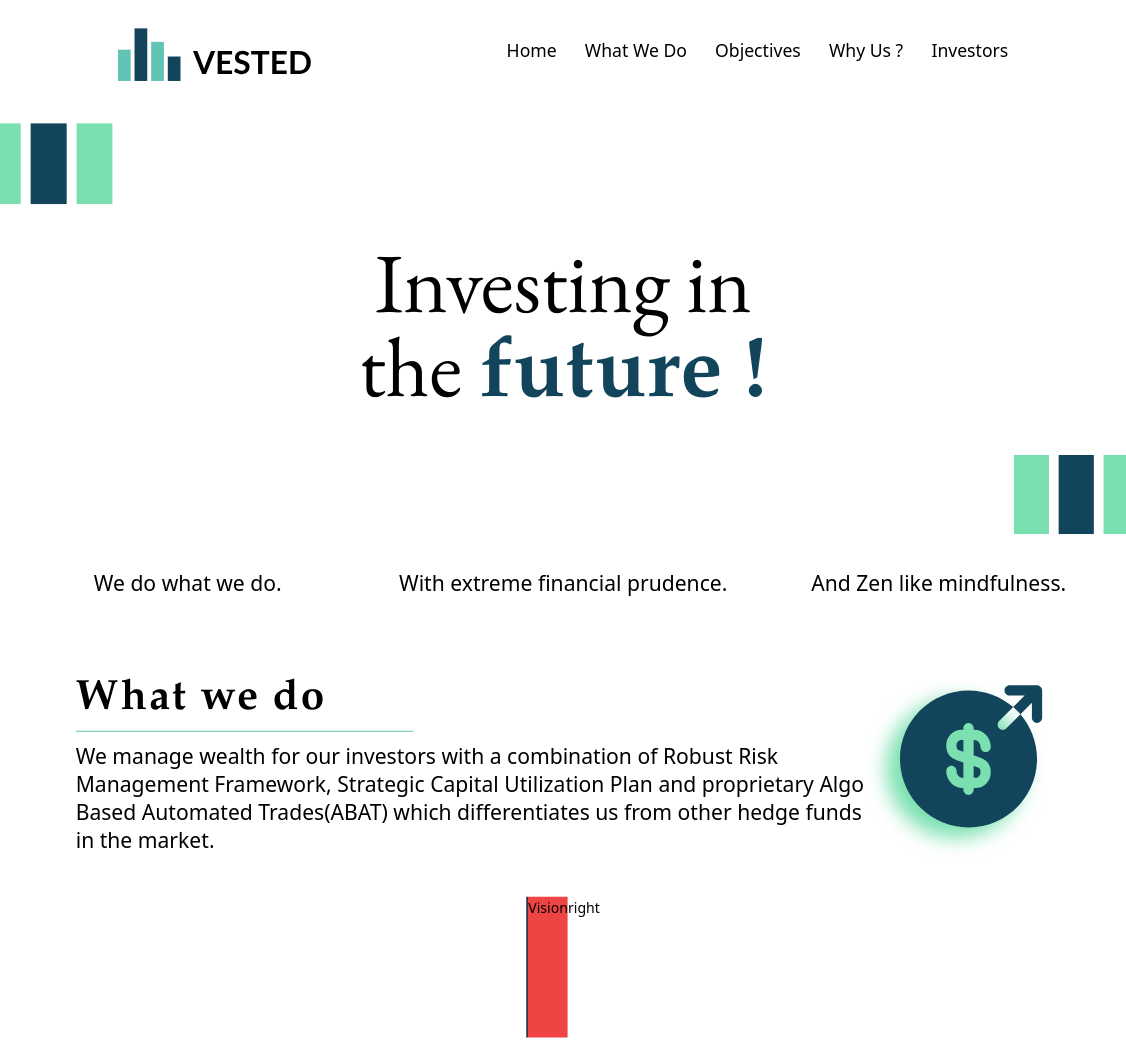
Repository: husainmamuwala/TippingPointsFinancial
Page: /
An editor plug-in stored every save of this project. The page is shown before and after the next save, followed by the edit.
The browser window is 1280 px wide. The pictures show the whole page, at 88% of full size.
The project was rebuilt for these pictures with package versions that can differ from the ones it lists, and the page was loaded fresh each time. The framework's server and built-in components were replaced by stand-ins that run in the browser. Also part of the build but not shown: next.config.js.

Above is the page before, as saved 2022-10-15 18:41:48.

After the next save:
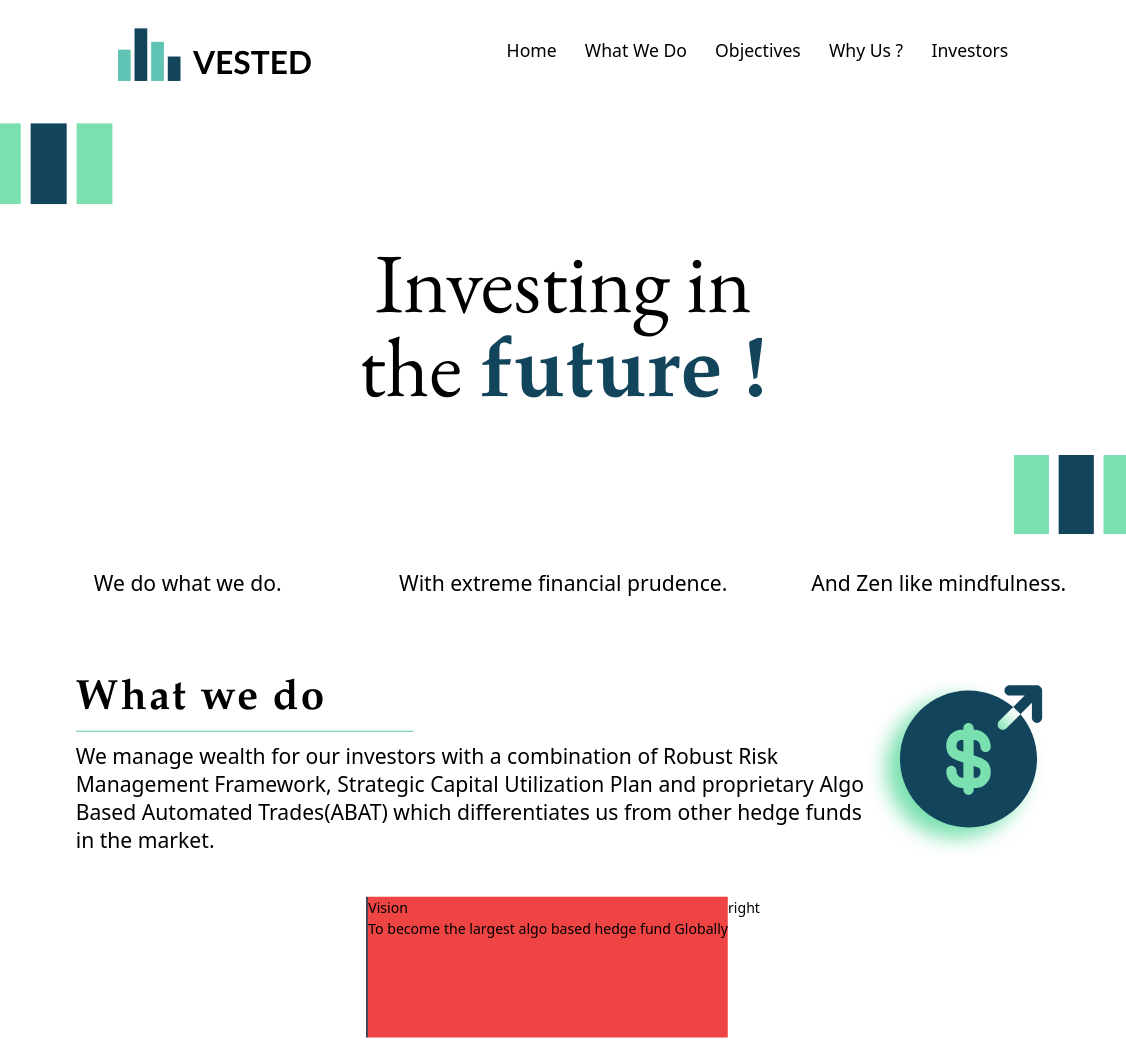
Saved 7 s later.
--- a/components/Objectives.jsx
+++ b/components/Objectives.jsx
@@ -12,7 +12,7 @@
               </div>
               <div>
                 <h1>Vision</h1>
-                <p></p>
+                <p>To become the largest algo based hedge fund Globally </p>
               </div>
           </div>
 
